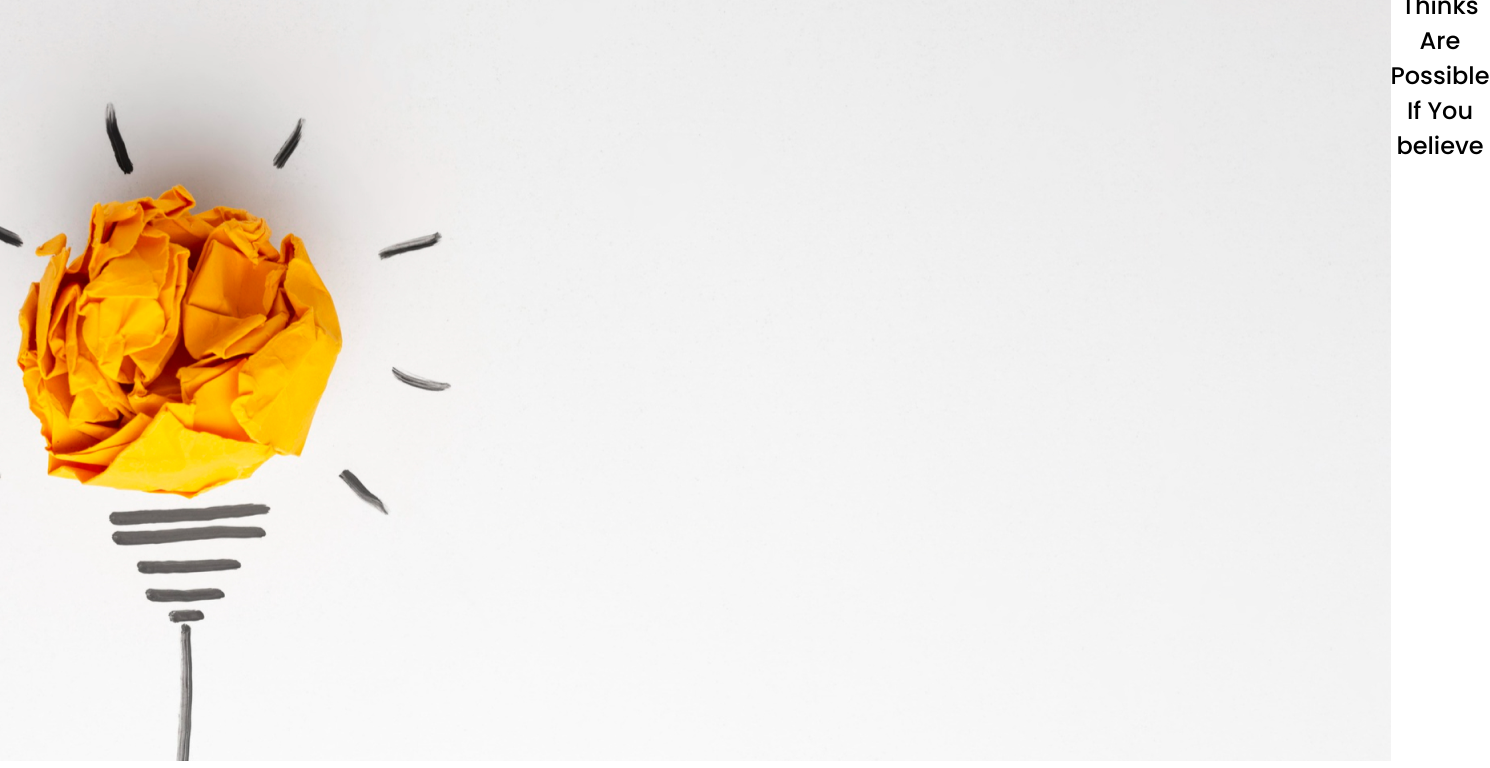
Repository: mdrubel02/new-year-new-mission
Page: index.html
These files come from the project's save history. The page is drawn as it stood at one moment and after the next save; the edit follows.
The browser window is 1280 px wide. The page is 1490 px wide, then 1280 px, so the pictures cover 1490 px, including what lies to the right of the window. The pictures show the whole page.

Above is the page before, as saved 2023-01-06 22:11:01.

### index.html
<!DOCTYPE html>
<html lang="en">
<head>
    <meta charset="UTF-8">
    <meta http-equiv="X-UA-Compatible" content="IE=edge">
    <meta name="viewport" content="width=device-width, initial-scale=1.0">
    <title>new-year-new-mission</title>
    <!-------- css link ---------->
    <link rel="stylesheet" href="/index.css">
</head>
<body>
    <header>
        <!--------- banner section --------->
        <section class="banner">
            <div class="banner_section">
                <div class="banner_left">
                    <img class="banner_left_img" src="/images/banner/banner1.png" alt="">
                </div>
                <div class="banner_right">
                    <h1>All Thinks Are Possible If You believe</h1>
                </div>
            </div>
        </section>
    </header>
</body>
</html>

### index.css
/* =====GOOGLE FONTS====== */
@import url('https://fonts.googleapis.com/css2?family=Poppins:wght@300;400;500;600&display=swap');

/* =====COMMON STYLES====== */
* {
    margin: 0;
    padding: 0;
    border: 0;
    outline: 0;
    list-style: none;
    text-decoration: none;
}

body {
    font-family: 'Poppins', sans-serif;
}

h1,
h2,
h3,
h4,
h5,
h6 {
    font-weight: 500;
}

.container {
    max-width: 1200px;
    margin: 0 auto;
    padding: 0 30px;
    margin-top: 10%;
    margin-bottom: 10%;
    box-sizing: border-box;
}

a {
    color: #fff;
    transition: all 400ms ease;
}

a:hover {
    color: #fff;
}

.btn {
    text-align: center;
    width: max-content;
    display: inline-block;
    color: #fff;
    padding: 0.75rem 1.2rem;
    border-radius: 0.4rem;
    border: 1px solid #4db5ff;
    transition: all 400ms ease;
}

.btn:hover {
    background: #fff;
    color: #4db5ff;
    border: 1px solid #4db5ff;
}

.btn-primary {
    background: #4db5ff;
    color: #fff;
}

/* ========= Banner section ============== */
.banner{
    background-image: url(/images/banner/banner1.png);
    background-repeat: no-repeat;
    background-size: cover;
    background-position: center center;
    height: 100vh;
    width: 100%;
    position: relative;
    z-index: 1;
    display: flex;
    flex-direction: column;
    justify-content: center;
    align-items: center;
    text-align: center;
}
.banner_section{
    display: flex;
}
.banner_left{}
.banner_right{}

After the next save:
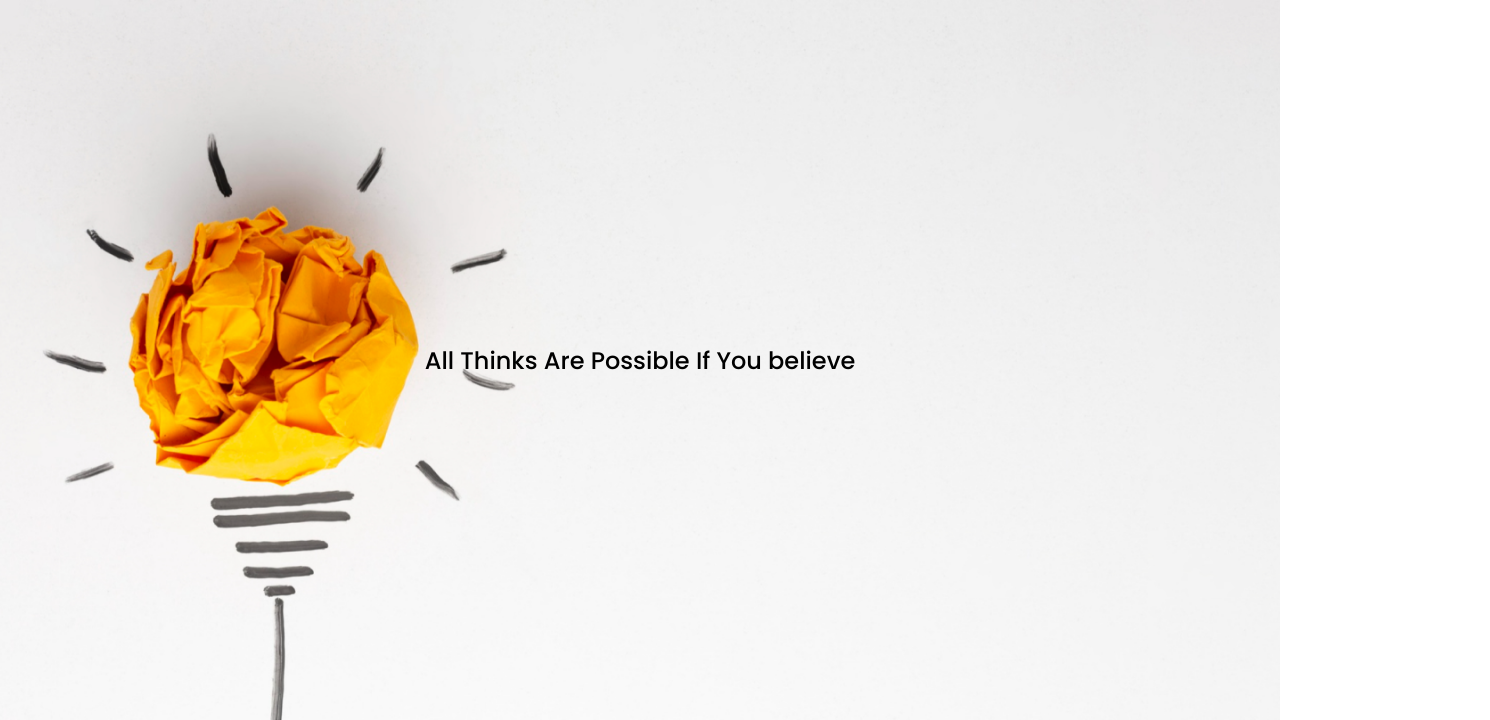
Saved 7 s later.
--- a/index.html
+++ b/index.html
@@ -14,7 +14,7 @@
         <section class="banner">
             <div class="banner_section">
                 <div class="banner_left">
-                    <img class="banner_left_img" src="/images/banner/banner1.png" alt="">
+                    <!-- <img class="banner_left_img" src="/images/banner/banner1.png" alt=""> -->
                 </div>
                 <div class="banner_right">
                     <h1>All Thinks Are Possible If You believe</h1>
